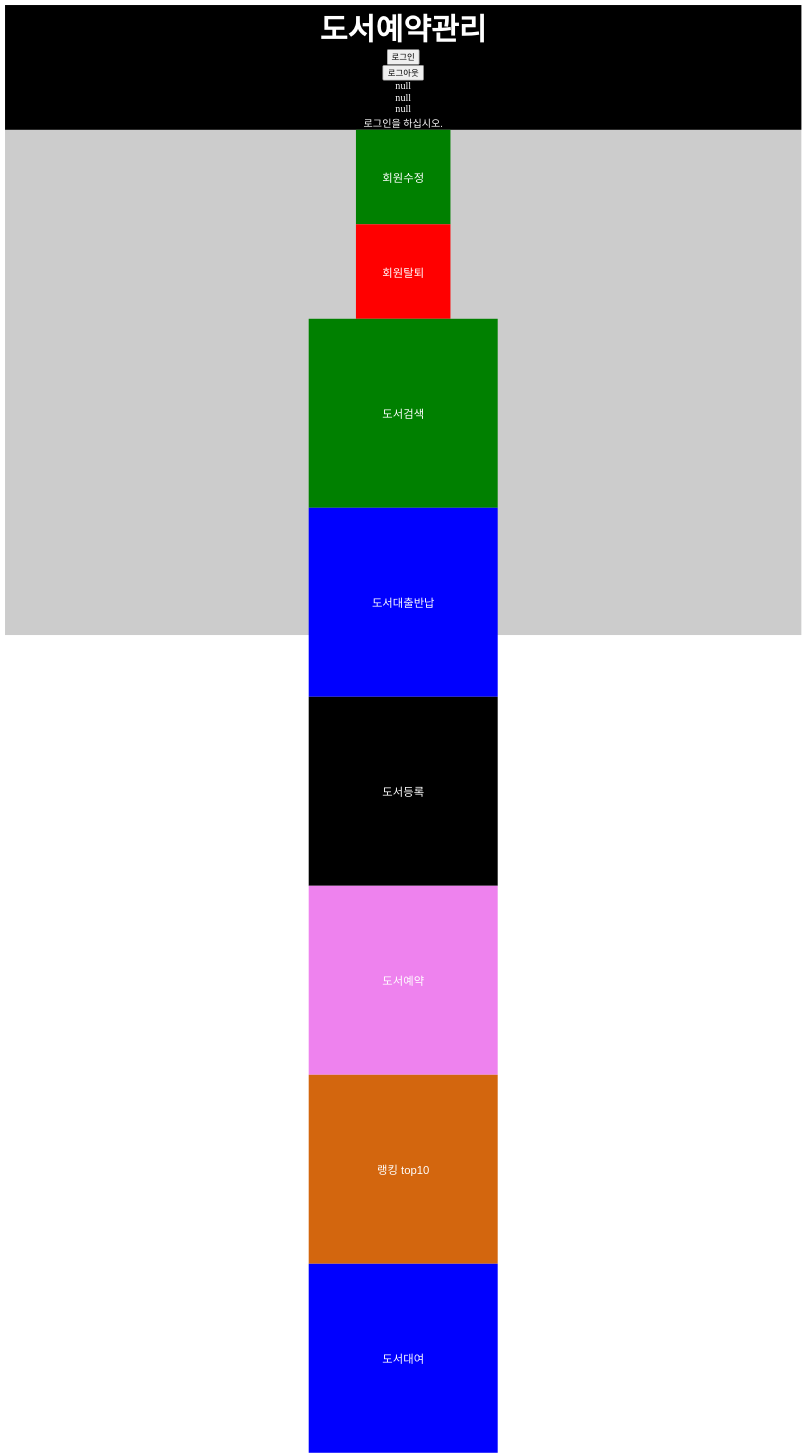
Repository: hii9505/DB_engineering_education
Page: http://localhost/TestIsp/Homepage.jsp
The author's editor kept a copy of each file at every save. The page is drawn from the files as they stood at one save, then again after the next save.
The browser window is 1280 px wide. The pictures show the whole page, at 63% of full size.
The page is served by Tomcat 9. Other server files are loaded and not shown.

Above is the page before, as saved 2019-12-20 16:42:24.

### eclipse-workspace/TestISP/TestIsp/WebContent/Homepage.jsp
<%@ page language="java" contentType="text/html; charset=UTF-8"
    pageEncoding="UTF-8"%>
<%@ page import="needs.User" %>
<%
	User user = (User) session.getAttribute("user");
%>
<!DOCTYPE html>
<html>
<head>
<meta charset="UTF-8">
<title>homepage</title>
</head>
<style>
       #background{
        background: #cccccc;
        height: 1000px;
    }

    #title{
        background: black;
    }

    #mypage{
        background: green;
        border: 1px white;
        height: 150px;
        width: 150px;
        font-size: large;
        color: white;
    }


    #deletemypage{
        background: red;
        border: 1px white;
        height: 150px;
        width: 150px;
        font-size: large;
        color: white;
    }
    #search{
        background: green;
        border: 1px white;
        height: 300px;
        width: 300px;
        font-size: large;
        color: white;
    }
    #rental{
        background: blue;
        border: 1px white;
        height: 300px;
        width: 300px;
        font-size: large;
        color: white;
    }
    #AddBook{
        background: black;
        border: 1px white;
        height: 300px;
        width: 300px;
        font-size: large;
        color: white;
    }
    #reservation{
        background: violet;
        border: 1px white;
        height: 300px;
        width: 300px;
        font-size: large;
        color: white;
    }
    #ranking{
        background: rgb(211, 102, 14);
        border: 1px white;
        height: 300px;
        width: 300px;
        font-size: large;
        color: white;
    }

</style>

<body>

   <div id = "background">

                <center>
                    <div id = "container">
                        <div id="title"><font size="10" color="white"><strong>도서예약관리</strong></font></br>
                        <form method="post" action="Login.jsp">
                        <input type="submit" value="로그인">
                        </form>
                        <form method="post" action="logout.jsp">
                        <input type="submit" value="로그아웃"></br>
                        </form>
                        <div><font color="white"><%=(String)session.getAttribute("id") %></font></div>
                        <div><font color="white"><%=(String)session.getAttribute("pw") %></font></div>
                        <div><font color="white"><%=(String)session.getAttribute("Memstat") %></font></div>
                        <div><font color="white"><%= (user == null) ? "로그인을 하십시오." : user.id %></font></div>

                        </div>
                    </div>
                    <form method="post" action="accountrestore.jsp">
                    <input type="submit" value="회원수정" id="mypage">
                    </form>
                 	<form method="post" action="deleteAccount.jsp">
                 		<input type="submit" value="회원탈퇴" id="deletemypage">
                 	</form>
                 	<form method="post" action="booksearch.jsp">
                    <input type="submit" value="도서검색" id="search">
                 	</form>

                    <input type="submit" value="도서대출반납" id="rental"></br>
                    <input type="submit" value="도서등록" id="AddBook">

                    <form method="post" action="yourReservationPage.jsp">
                    <input type="submit" value="도서예약" id="reservation">
                    </form>

                    <form method="post" action="rankPage.jsp">
                    <input type="submit" value="랭킹 top10" id="ranking">
                    </form>

                  	<form method="post" action="yourRentalPage.jsp">
                   	<input type="submit" value="도서대여" id="rental">
                  	</form>


                </center>
        </div>



</body>

<script type="text/javascript">
</script>
</html>

After the next save:
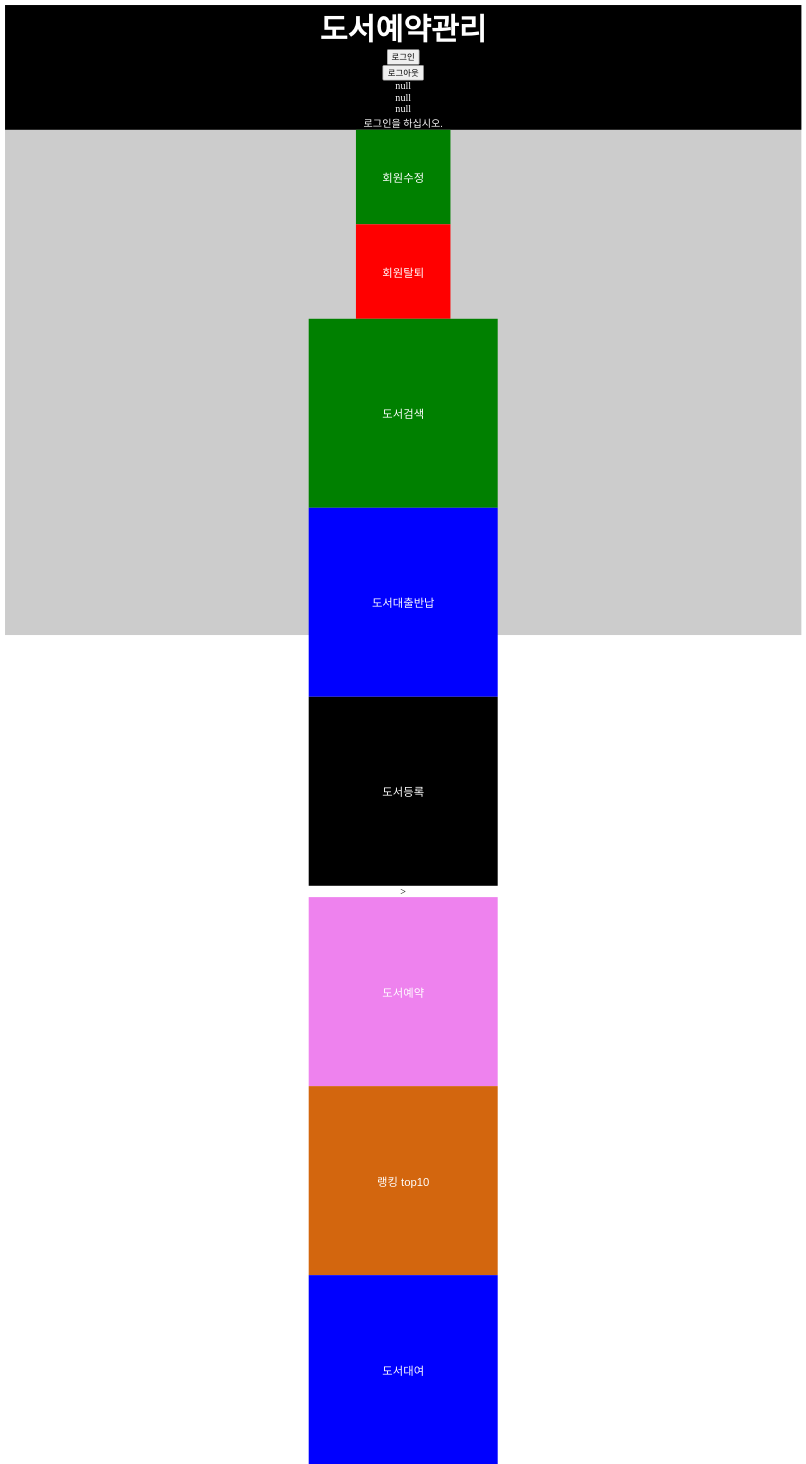
Saved 104 s later.
--- a/eclipse-workspace/TestISP/TestIsp/WebContent/Homepage.jsp
+++ b/eclipse-workspace/TestISP/TestIsp/WebContent/Homepage.jsp
@@ -112,7 +112,10 @@
                  	</form>
 
                     <input type="submit" value="도서대출반납" id="rental"></br>
+
+                    <form method="post" action="Adminpage_main.jsp">
                     <input type="submit" value="도서등록" id="AddBook">
+                    </form>>
 
                     <form method="post" action="yourReservationPage.jsp">
                     <input type="submit" value="도서예약" id="reservation">
